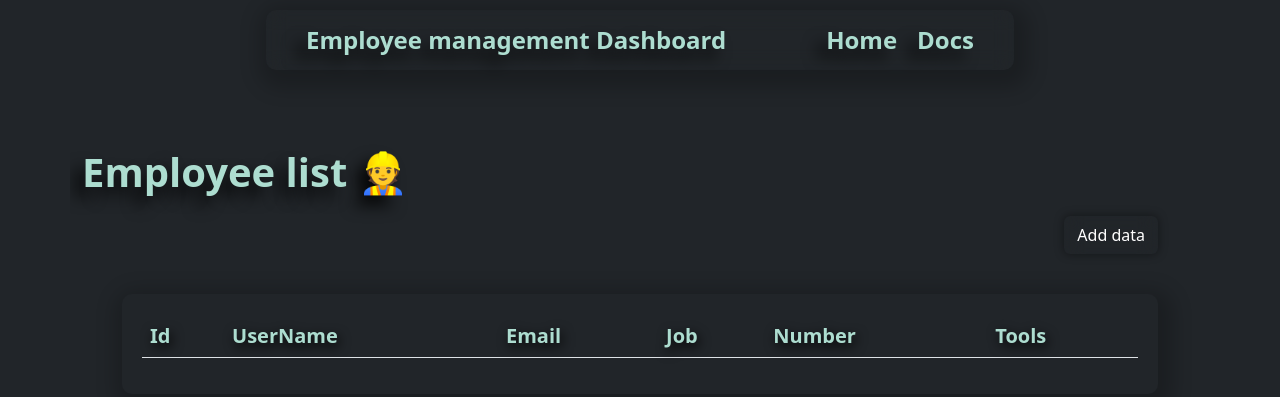
Repository: iamevs/Employee-Management-System
Page: /home (app in client/)
An editor plug-in stored every save of this project. The page is shown before and after the next save, followed by the edit.
The browser window is 1280 px wide. The pictures show the whole page.
The page's requests for data from a server got no answer. The project was rebuilt for these pictures with package versions that can differ from the ones it lists, and the page was loaded fresh each time. No one was signed in, and anything a server would have sent is missing. Also part of the build but not shown: client/vite.config.js, client/src/components/Register.jsx, client/src/components/Edit.jsx, client/src/components/Hero.jsx. Imported but missing from the stored project, and not drawn on this page: client/src/components/Details.

Above is the page before, as saved 2022-11-29 00:41:25.

After the next save:
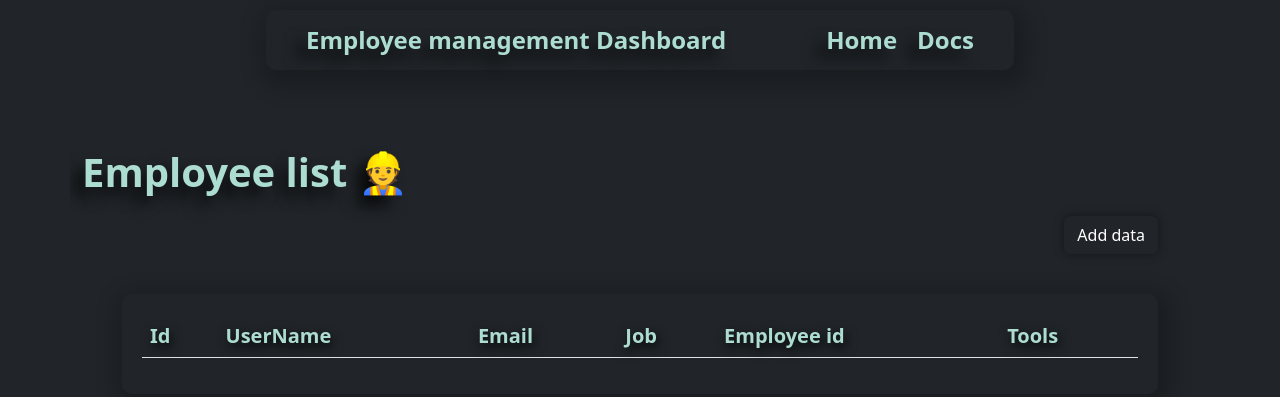
Saved 11 s later.
--- a/client/src/components/Home.jsx
+++ b/client/src/components/Home.jsx
@@ -141,7 +141,7 @@ const Home = () => {
                                     <th scope="col">UserName</th>
                                     <th scope="col">Email</th>
                                     <th scope="col">Job</th>
-                                    <th scope="col">Number</th>
+                                    <th scope="col">Employee id</th>
                                     <th scope="col">Tools</th>
                                 </tr>
                             </thead>
